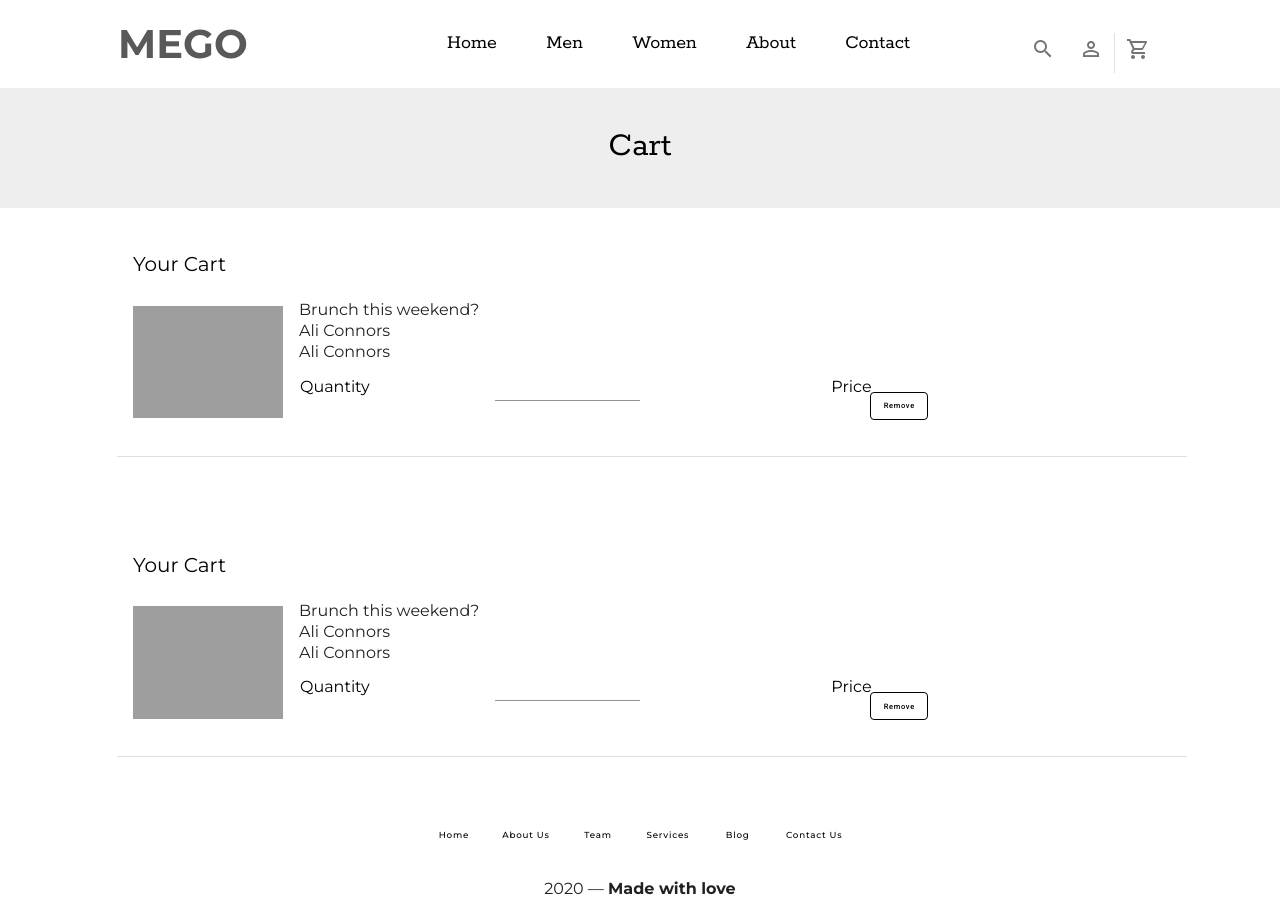
Repository: nguyenphuong152/mego-frontend
Page: /cart (app in frontend/)
These files come from the project's save history. The page is drawn as it stood at one moment and after the next save; the edit follows.
The browser window is 1280 px wide. The pictures show the whole page.
Pictures or frames that could not be fetched are drawn as grey boxes. The project was rebuilt for these pictures with package versions that can differ from the ones it lists, and the page was loaded fresh each time. Also part of the build but not shown: frontend/vue.config.js, frontend/src/components/Customer/Collection.vue, frontend/src/components/Customer/Banner.vue, frontend/src/components/Customer/BestSeller.vue, frontend/src/components/Customer/Partner.vue, frontend/src/views/Customer/Home.vue, frontend/src/components/Customer/ProductCategory.vue, frontend/src/components/Customer/ProductView.vue and 10 more. Imported but missing from the stored project, and not drawn on this page: frontend/src/views/Admin/Category.vue, frontend/src/views/Admin/ManageProduct.vue, frontend/src/views/Admin/ManageUser.vue, frontend/src/views/Admin/OrderList.vue.

Above is the page before, as saved 2020-11-26 17:08:18.

### frontend/public/index.html
<!DOCTYPE html>
<html lang="en">
  <head>
    <meta charset="utf-8">
    <head>
      <title>MEGO</title>
    </head>
    <meta http-equiv="X-UA-Compatible" content="IE=edge">
    <meta name="viewport" content="width=device-width,initial-scale=1.0">
    <link rel="icon" href="<%= BASE_URL %>favicon.ico">
    <title><%= htmlWebpackPlugin.options.title %></title>
    <link href="https://fonts.googleapis.com/css?family=Montserrat:300,400,500,600,700" rel="stylesheet">
    <link href="https://fonts.googleapis.com/css?family=Rokkitt:100,300,400,700" rel="stylesheet">
    <link rel="stylesheet" href="https://fonts.googleapis.com/css?family=Roboto:100,300,400,500,700,900">
    <link rel="stylesheet" href="https://cdn.jsdelivr.net/npm/@mdi/font@latest/css/materialdesignicons.min.css">
  </head>
  <body>
    <noscript>
      <strong>We're sorry but <%= htmlWebpackPlugin.options.title %> doesn't work properly without JavaScript enabled. Please enable it to continue.</strong>
    </noscript>
    <div id="app"></div>
    <!-- built files will be auto injected -->
  </body>
</html>

### frontend/src/main.js
import Vue from 'vue'
import App from './App.vue'
import vuetify from './plugins/vuetify';
import router from './router'
import '../sass/style.scss'
import 'bootstrap/dist/css/bootstrap.css'
import 'bootstrap-vue/dist/bootstrap-vue.css'
import { BootstrapVue, IconsPlugin } from 'bootstrap-vue'

Vue.use(BootstrapVue)
// Optionally install the BootstrapVue icon components plugin
Vue.use(IconsPlugin)
Vue.config.productionTip = false

new Vue({
  vuetify,
  router,
  render: h => h(App)
}).$mount('#app')

### frontend/src/App.vue
<template>
  <v-app app>
    <v-container v-if="!['Admin', 'Banner', 'Category','Product','ManageUser','OrderList','Dashboard'].includes($route.name)">
      <Toolbar />
    </v-container>
    <v-main>
      <router-view></router-view>
    </v-main>
      <Footer v-if="!['Admin', 'Banner', 'Category','Product','ManageUser','OrderList','Dashboard'].includes($route.name)"/>
  </v-app>

</template>

<script>

import Footer from "./components/Customer/Footer";
import Toolbar from "./components/Customer/Toolbar";

export default {
  name: "App",

  components: {
    Toolbar,
    Footer
  },

  data: () => ({
    //
  }),
};
</script>

### frontend/src/plugins/vuetify.js
import Vue from 'vue';
import Vuetify from 'vuetify/lib';


Vue.use(Vuetify);

const vuetify = new Vuetify({
    theme: {
      themes: {
        light: {
          primary: '#000',
          secondary: '#b0bec5',
          accent: '#8c9eff',
          error: '#b71c1c',
        },
      },
    },
  })

export default new Vuetify({
    vuetify,
});

### frontend/src/router/index.js
import Vue from "vue";
import VueRouter from "vue-router";
import Home from "../views/Customer/Home.vue";
import Men from "../views/Customer/Men.vue";
import Women from "../views/Customer/Women.vue";
import Admin from "../views/Admin/Admin.vue";
import Product from "../views/Admin/ManageProduct.vue";
import Banner from "../views/Admin/Banner.vue";
import Category from "../views/Admin/Category.vue";
import ManageUser from "../views/Admin/ManageUser.vue";
import OrderList from "../views/Admin/OrderList.vue";
import Dashboard from "../views/Admin/Dashboard.vue"
//import ProductDetail from "../views/ProductDetail.vue"

Vue.use(VueRouter);

const routes = [
  {
    path: "/",
    name: "Home",
    component: Home,
  },
  {
    path: "/men",
    name: "Men",
    component: Men,
  },
  {
    path: "/women",
    name: "Women",
    component: Women,
  },
  {
    path: "/about",
    name: "About",
    // route level code-splitting
    // this generates a separate chunk (about.[hash].js) for this route
    // which is lazy-loaded when the route is visited.
    component: () =>
      import(/* webpackChunkName: "about" */ "../views/Customer/About.vue"),
  },
  {
    path: "/contact",
    name: "Contact",
    component: () =>
      import(/* webpackChunkName: "about" */ "../views/Customer/Contact.vue"),
  },
  {
    path: "/cart",
    name: "Cart",
    component: () =>
      import(/* webpackChunkName: "about" */ "../views/Customer/Cart.vue"),
  },
  {
    path: "/account",
    name: "Account",
    component: () =>
      import(/* webpackChunkName: "about" */ "../views/Customer/Account.vue"),
  },
  {
    path: "/userlogin",
    name: "UserLogin",
    component: () =>
      import(/* webpackChunkName: "about" */ "../views/Customer/UserLogin.vue"),
  },
  {
    path: "/checkout",
    name: "Checkout",
    component: () =>
      import(/* webpackChunkName: "about" */ "../views/Customer/Checkout.vue"),
  },
  {
    path: "/product/:id",
    name: "ProductDetail",
    component: () =>
      import(/* webpackChunkName: "about" */ "../views/Customer/ProductDetail.vue"),
  },
  {
    path: "/admin",
    name: "Admin",
    component: Admin,
    children: [
      {
        path: "/banner",
        name: "Banner",
        component: Banner,
      },
      {
        path: "/category",
        name: "Category",
        component: Category,
      },
      {
        path: "/product",
        name: "Product",
        component: Product,
      },
      {
        path: "/manageuser",
        name: "ManageUser",
        component: ManageUser,
      },
      {
        path: "/orderlist",
        name: "OrderList",
        component: OrderList,
      },
      {
        path: "/dashboard",
        name: "Dashboard",
        component: Dashboard,
      },
    ],
  },
];

const router = new VueRouter({
  mode: "history",
  base: process.env.BASE_URL,
  routes,
});

export default router;

### frontend/sass/style.scss

$font-primary: 'Montserrat',
Arial,
sans-serif;
$font-secondary: 'Rokkitt',
Georgia,
serif;


@import '~vuetify/src/styles/styles.sass';

// Overrides
$grid-gutter-width: 20px !default;
$border-radius-base: 4px !default;
$padding-base-vertical: 14px !default;

$brand-primary: #616161 !default;
$brand-secondary: #88c8bc !default;
$brand-yellow: #FFDD00 !default;
$brand-footer-color: #2C2E3E;

$brand-white: #fff;
$brand-black: #000;
$brand-darker: #444;
$brand-gray: #ccc;
$brand-lighter: #e9e9e9;
$brand-body-color: #e8e8e8;
$brand-selection-color: #f9f6f0;
$brand-overlay-color: #4c4a8a;
$brand-bg-color: $brand-white;

.v-btn {
  text-transform:none !important;
}
// .v-text-field{
//   width: 50px;
//   height: 10px;
// }

#app {
  -webkit-font-smoothing: antialiased;
  -moz-osx-font-smoothing: grayscale;

  text-align: center;
  .container {
    max-width: 1100px;
  }
  font: 300
}

.nav {
  padding-left: 0px;
  a {
    font-size: 20px;
    color: lighten($brand-black,35%);
    font-family: $font-secondary;
    text-decoration: none;
    font-weight: 500;
    &.router-link-exact-active {
      color: #42b983;
    }

  }
}

#logo {
  font-size: 40px;
  font-weight: 700;
  font-family: $font-primary;
  color: lighten($brand-black, 35%);
}


.slogan {
  font-size: 50px;
  color: #2c3e50;
  font-family: $font-secondary;
  text-decoration: none;
}

.title-collection{
  @extend .slogan;
  font-size: 25px;
}


.slogan-3 {
  @extend .slogan;
  font-size: 35px;
}

.title-shoes {
  @extend .slogan;
  font-size: 20px;
}


.footer-text {
  font-family:$font-primary;
  font-size: 16px;
}

.admin {
  font-family: $font-primary;
  font-size:16px;
}

.admin-nav {
  font-family: $font-primary !important;
  font-size: 20px !important;
  color: white !important;
}

### frontend/src/components/Customer/Footer.vue
<template>
  <v-footer class="white" padless>
    <v-row justify="center" no-gutters>
      <v-btn
        v-for="link in links"
        :key="link"
        color="black"
        text
        rounded
        class="my-2 footer-text"
      >
        {{ link }}
      </v-btn>
      <v-col class="white py-4 text-center fluid footer-text" cols="12">
        {{ new Date().getFullYear() }} — <strong>Made with love</strong>
      </v-col>
    </v-row>
  </v-footer>
</template>

<script>
export default {
  data: () => ({
    links: ["Home", "About Us", "Team", "Services", "Blog", "Contact Us"],
  }),
};
</script>

<style></style>

### frontend/src/components/Customer/Toolbar.vue
<template>
  <v-toolbar flat>
    <v-row class="d-flex align-baseline">
      <v-col cols="3" class="d-flex justify-lg-start">
        <v-toolbar-title id="logo">MEGO</v-toolbar-title>
      </v-col>
      <v-col class="d-flex justify-space-around text-start nav">
        <router-link to="/">Home</router-link>
        <router-link to="/men">Men</router-link>
        <router-link to="/women">Women</router-link>
        <router-link to="/about">About</router-link>
        <router-link to="/contact">Contact</router-link>
      </v-col>
      <v-col cols="2" class="d-flex justify-end">
        <v-btn icon>
          <v-icon>mdi-magnify</v-icon>
        </v-btn>
        <v-menu
          open-on-hover
          top
          offset-y
          :position-x="960"
          :position-y="230"
          absolute
        >
          <template v-slot:activator="{ on, attrs }">
            <v-btn icon v-bind="attrs" v-on="on">
              <v-icon>mdi-account-outline</v-icon>
            </v-btn>
          </template>

          <v-list class="text-start nav">
            <v-list-item v-for="(item, index) in routes" :key="index" :to="item.path">
              <v-list-item-title>{{ item.name }}</v-list-item-title>
            </v-list-item>
          </v-list>
        </v-menu>
        <v-divider vertical inset></v-divider>
        <v-btn icon @click="goToCart">
          <v-icon>mdi-cart-outline</v-icon>
        </v-btn>
      </v-col>
    </v-row>
  </v-toolbar>
</template>

<script>
export default {
  data: () => ({
    routes: [
      {
        path:"/checkout",
        name:"Check Out"
       },
       {
        path:"/account",
        name:"My Account"
       },
       {
        path:"/userlogin",
        name:"User Login"
       },

    ],
  }),
  methods: {
     goToCart: function() {
     this.$router.push({name: 'Cart'})
     }
  }
};
</script>

<style></style>

### frontend/src/views/Customer/Cart.vue
<template>
  <div class="cart app">
   <v-sheet color="grey lighten-3" height="120">
      <v-container py-8>
        <a class="slogan-3">Cart</a>
      </v-container>
    </v-sheet>
     <div>
       <v-container>
 <v-row>
         <v-col cols="8">
<totalProducts/>
         </v-col>
   <v-col>
<totalProducts/>
         </v-col>
       </v-row>
       </v-container>

  </div>
  </div>
</template>

<script>

import totalProducts from '../../components/Customer/TotalProducts'


export default {
  components: {totalProducts},
   data () {

   }
}
</script>

### frontend/src/components/Customer/TotalProducts.vue
<template>
  <v-container class="app">
    <v-list three-line>
      <template v-for="(item, index) in items">
        <v-subheader
          class="admin-nav black--text"
          v-if="item.header"
          :key="item.header"
          v-text="item.header"
        ></v-subheader>

        <v-divider v-else-if="item.divider" :key="index"></v-divider>

        <v-list-item v-else :key="item.title">
          <v-img :src="item.avatar" max-height="150" max-width="150"></v-img>
          <v-list-item-content class="text-start ml-4">
            <v-list-item-title
              v-html="item.title"
              class="admin"
            ></v-list-item-title>
            <v-list-item-subtitle
              class="admin"
              v-html="item.subtitle"
            ></v-list-item-subtitle>
            <v-list-item-subtitle
              class="admin"
              v-html="item.subtitle"
            ></v-list-item-subtitle>
            <v-row class="pl-4 d-flex align-center">
              <v-col class="pa-0 admin " cols="4">
                <a>Quantity</a>
              </v-col>
              <v-col class="pa-0 admin" cols="3">
                <v-text-field single-line></v-text-field>
              </v-col>
              <v-col class="text-end admin">
                <a> Price</a>
              </v-col>

            </v-row>
            <v-row class="pl-4 d-flex align-center">
                 <v-btn small  outlined color="black">
              Remove
            </v-btn>
              </v-row>

          </v-list-item-content>
        </v-list-item>
      </template>
    </v-list>
  </v-container>
</template>

<script>
export default {
  data: () => ({
    items: [
      { header: "Your Cart" },
      {
        avatar: "https://cdn.vuetifyjs.com/images/lists/1.jpg",
        title: "Brunch this weekend?",
        subtitle: `<span class="text--primary">Ali Connors</span>`,
      },
      { divider: true, inset: true },
    ],
    size: ["Foo", "Bar", "Fizz", "Buzz"],
  }),
};
</script>

<style></style>

Loaded but not shown: frontend/src/components/Customer/Tets.vue (no stored copy; drawn as an empty file)

After the next save:
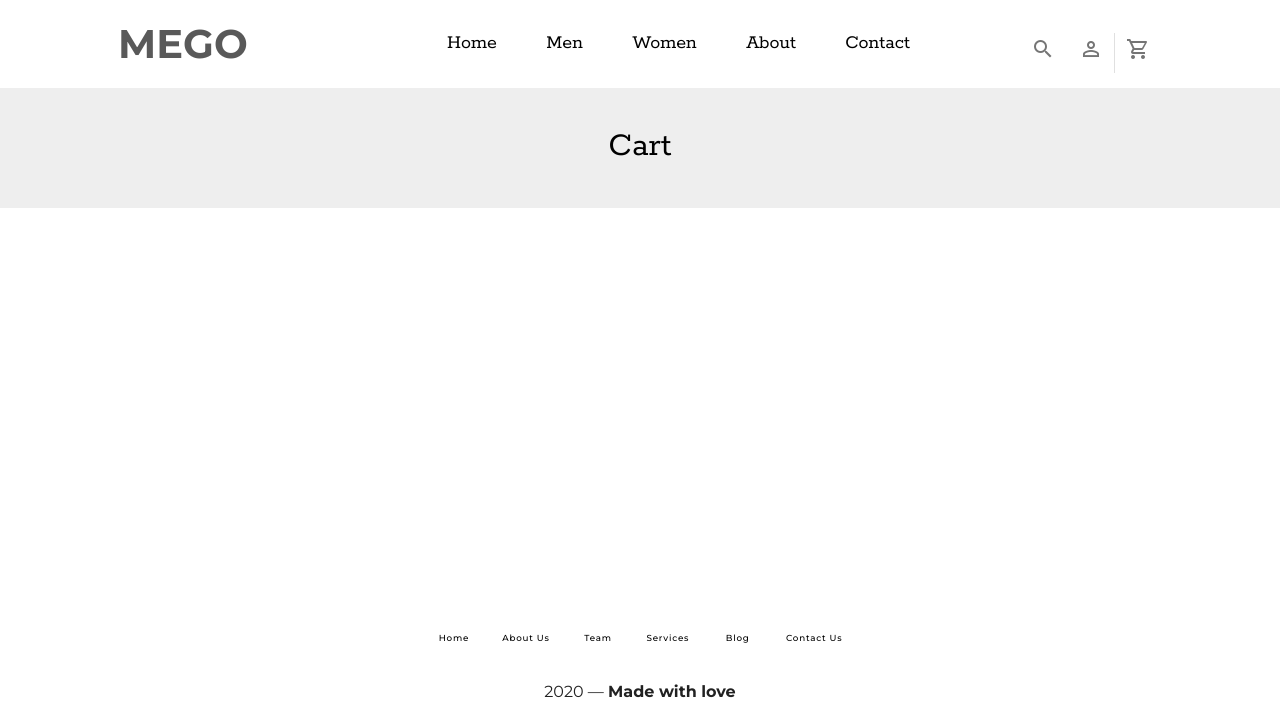
Saved 2 min 14 s later.
--- a/frontend/src/views/Customer/Cart.vue
+++ b/frontend/src/views/Customer/Cart.vue
@@ -23,7 +23,7 @@
 
 <script>
 
-import totalProducts from '../../components/Customer/TotalProducts'
+import totalProducts from '../../components/Customer/Tets'
 
 
 export default {
